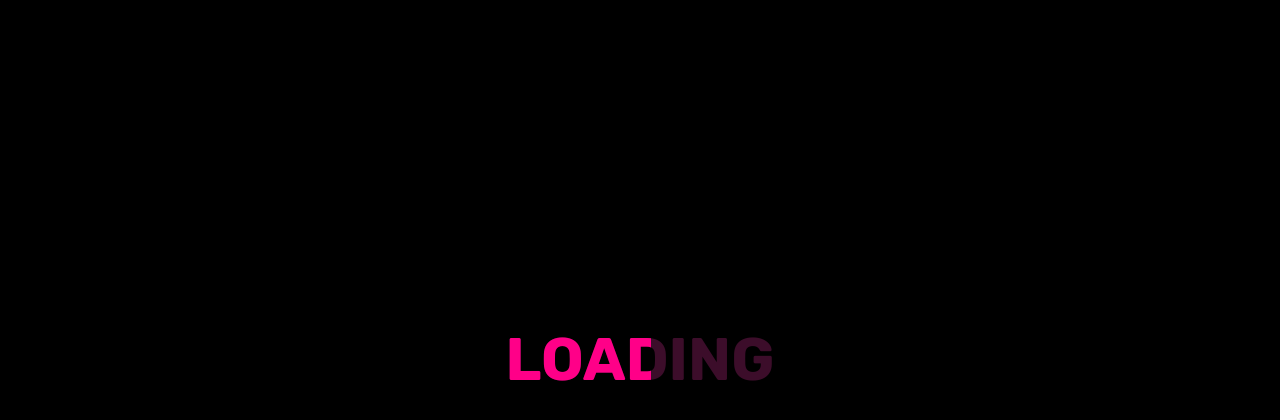
Repository: Shenixo/QuizApp
Page: /
These files come from the project's save history. The page is drawn as it stood at one moment and after a run of saves; the edit follows.
The browser window is 1280 px wide. The pictures show the whole page.
The page's requests for data from a server got no answer. The project was rebuilt for these pictures with package versions that can differ from the ones it lists, and the page was loaded fresh each time. No one was signed in, and anything a server would have sent is missing. Also part of the build but not shown: vite.config.js, src/App.css, src/Components/Navbar/Navbar.jsx, src/Components/Option/Option.jsx, src/Pages/Game/Game.jsx.

Above is the page before, as saved 2025-03-31 22:16:43.

After the next 4 saves:
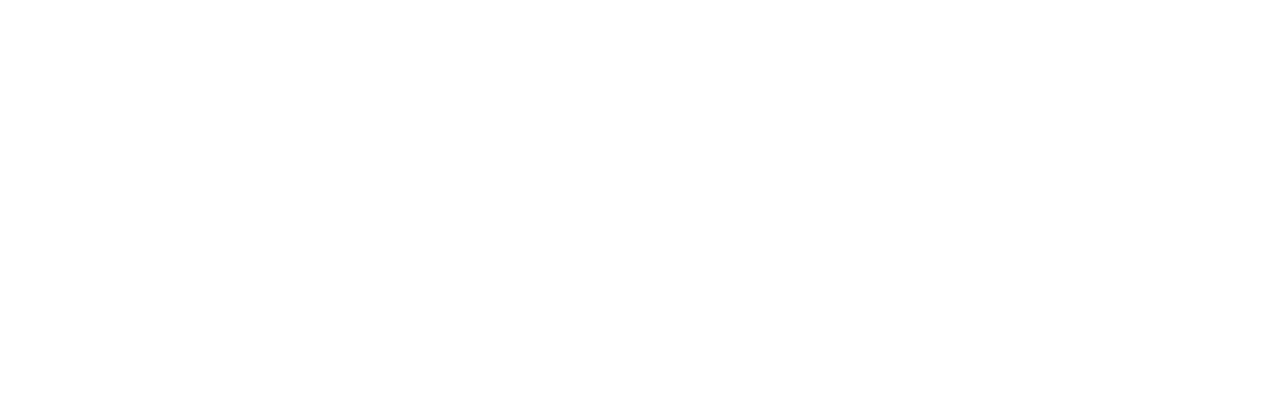
Console error: ReferenceError: motion is not defined
The 4 saves are shown as one change because 1 did not build or start and some came seconds apart.
The last was saved 15 s later.
--- a/src/Pages/Progress/Progress.jsx
+++ b/src/Pages/Progress/Progress.jsx
@@ -15,7 +15,7 @@
     <div className="flex items-center justify-center w-full h-screen bg-black">
       <div className="relative text-6xl font-bold">
         {/* Masked Text */}
-        <h1
+        <motion.h1
                   className="absolute inset-0 bg-gradient-to-r bg-[#ff0088] bg-clip-text text-transparent"
 
           style={{
@@ -25,7 +25,7 @@
           }}
         >
           LOADING
-        </h1>
+        </motion.h1>
 
         {/* Base Text */}
         <h1 className="text-[#3c0d2a]">LOADING</h1>

After the 4 saves that followed:
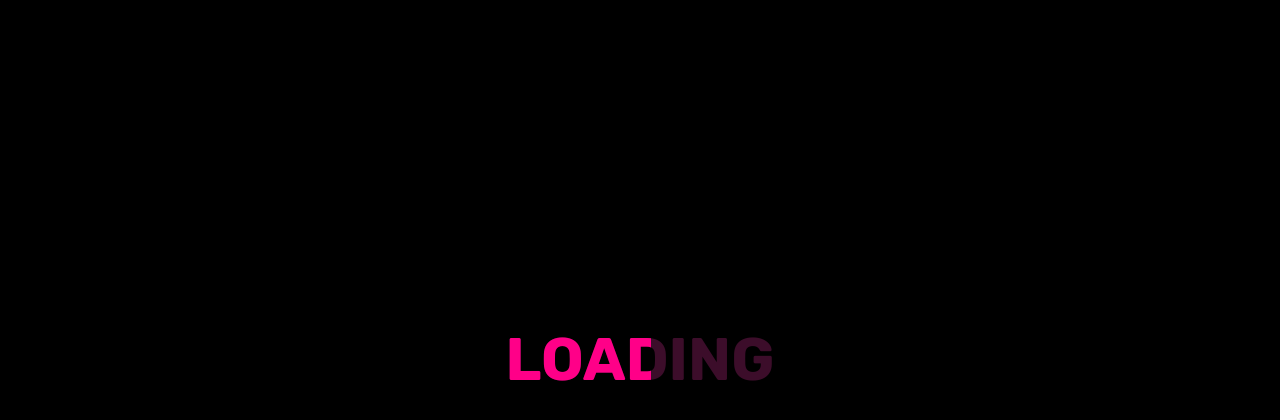
The error is gone.
The 4 saves are shown as one change because 1 did not build or start and some came seconds apart.
The last was saved 18 s later.
--- a/src/Pages/Progress/Progress.jsx
+++ b/src/Pages/Progress/Progress.jsx
@@ -1,5 +1,5 @@
 import React, { useState, useEffect } from "react";
-
+import {motion} from "framer-motion"
 const LoadingText = () => {
   const [count, setCount] = useState(0);
 
